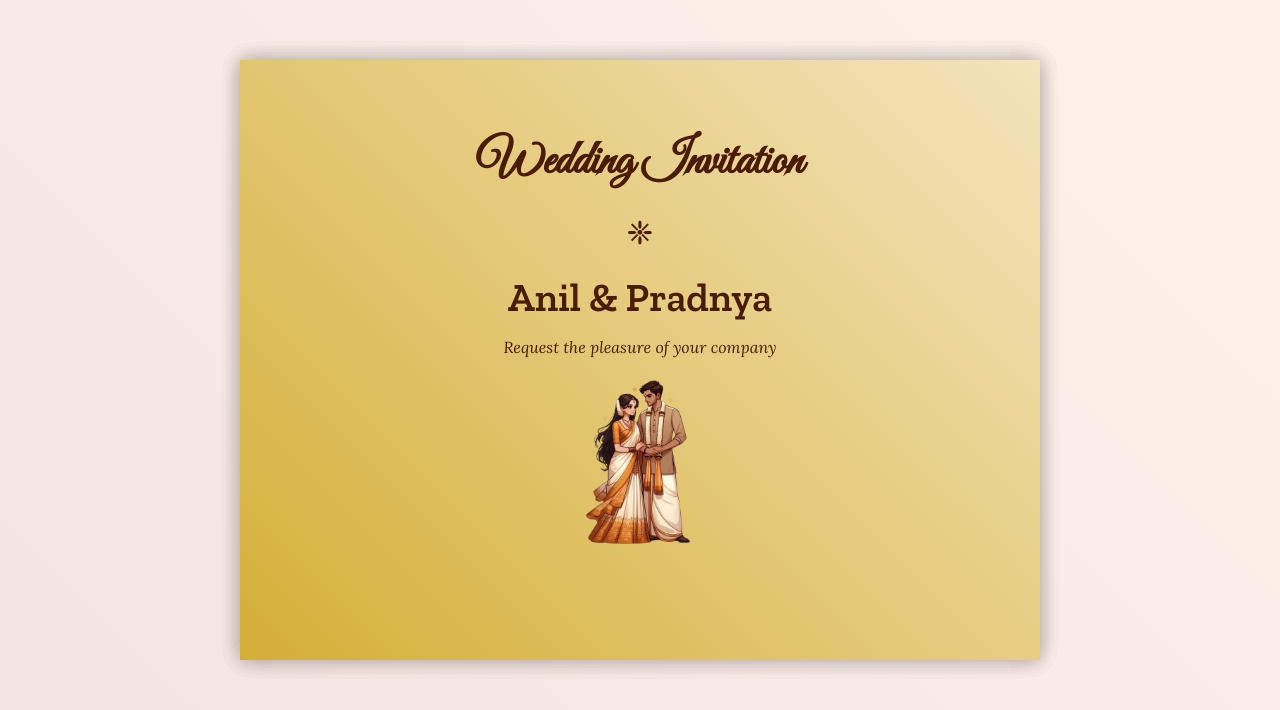
Repository: abhibkop27/finalwedding
Page: index.html
An editor plug-in stored every save of this project. The page is shown before and after the next save, followed by the edit.
The browser window is 1280 px wide. The pictures show the whole page.

Above is the page before, as saved 2025-02-17 13:21:34.

After the next save:
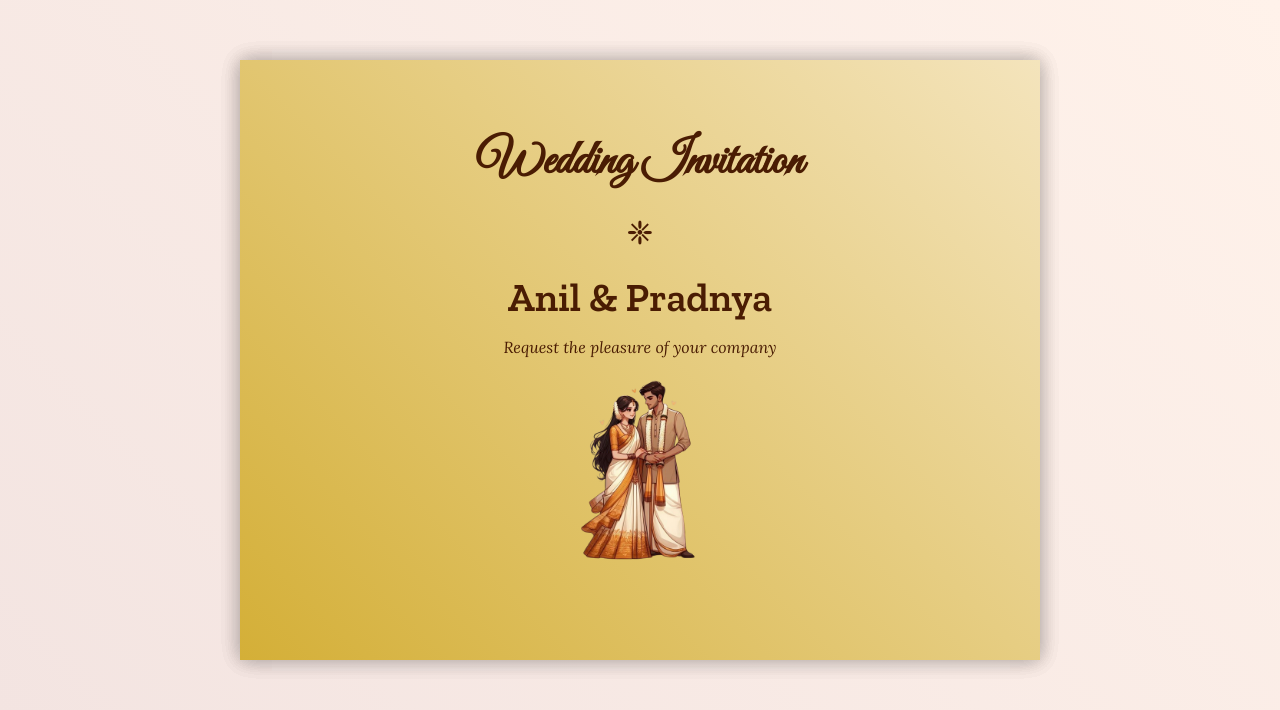
Saved 8 s later.
--- a/index.html
+++ b/index.html
@@ -16,7 +16,7 @@
                 <div class="ornament">❈</div>
                 <h2 class="main-name">Anil & Pradnya</h2>
                 <p>Request the pleasure of your company</p>
-                <img src="./asstes/pics/Wedding_Couple_Photos_Cartoon-removebg-preview.png" alt="wedding" style="height: 11rem;">
+                <img src="./asstes/pics/Wedding_Couple_Photos_Cartoon-removebg-preview.png" alt="wedding" style="height: 12rem;">
             </div>
         </div>
 
